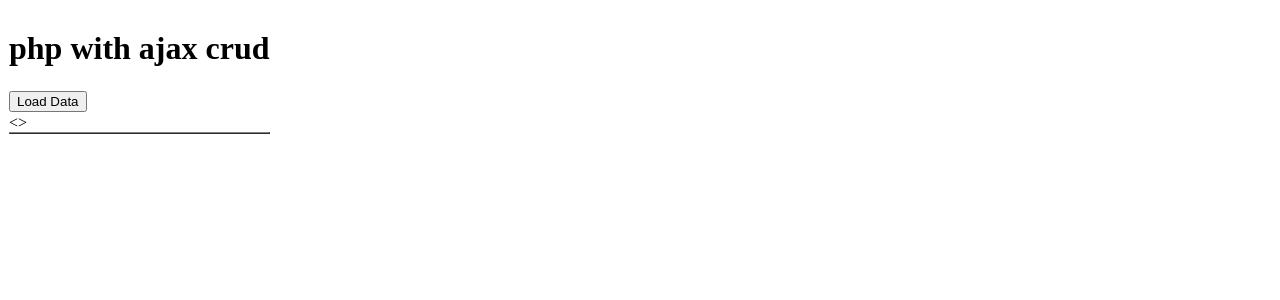
Repository: Tauqeer124/newrepo
Page: http://localhost/showdata.php
The author's editor kept a copy of each file at every save. The page is drawn from the files as they stood at one save, then again after the next save.
The browser window is 1280 px wide. The pictures show the whole page.
The page is run by PHP 8.4 with error messages shown; the project is at /var/www/html/.

Above is the page before, as saved 2023-04-28 11:52:14.

After the next save:
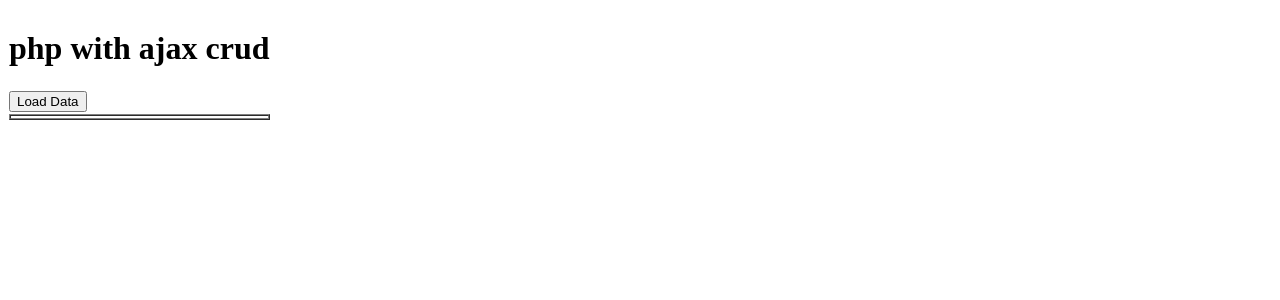
Saved 5 s later.
--- a/showdata.php
+++ b/showdata.php
@@ -19,7 +19,7 @@
                 <td id="table-data">
                     <table border="1" cellspacing="0" cellpading="10px" width="100%" >
                         <tr>
-                            <>
+                            <th></th>
                         </tr>
 
                     </table>
